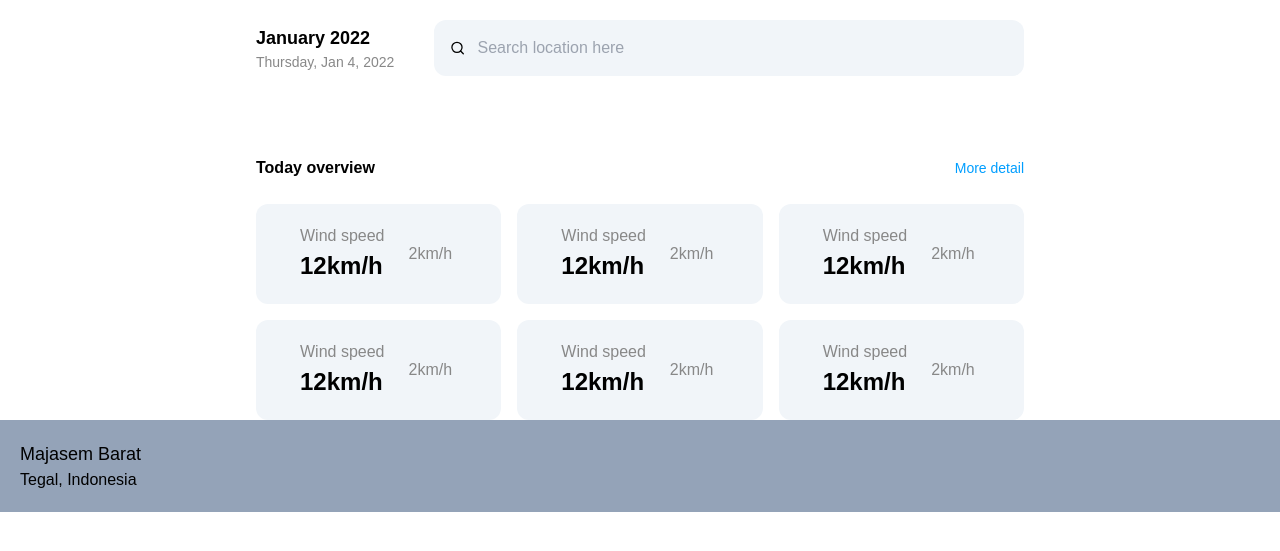
Repository: theweirdboiz/datawarehouse-ui
Page: /
An editor plug-in stored every save of this project. The page is shown before and after the next save, followed by the edit.
The browser window is 1280 px wide. The pictures show the whole page.
The project was rebuilt for these pictures with package versions that can differ from the ones it lists, and the page was loaded fresh each time. Also part of the build but not shown: vite.config.js.

Above is the page before, as saved 2022-11-23 16:36:03.

After the next save:
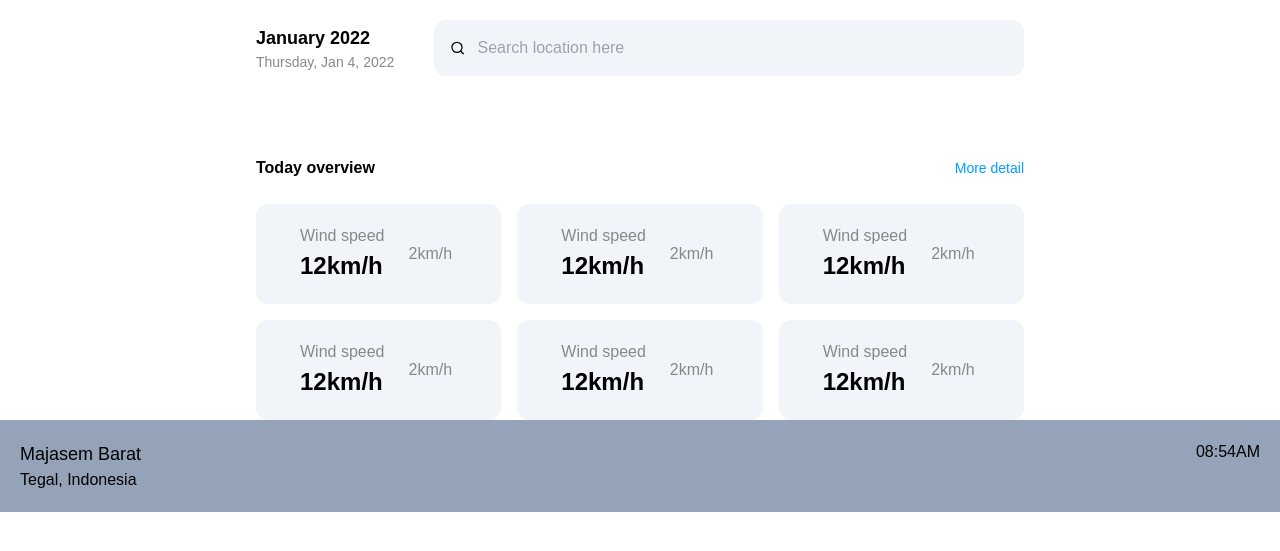
Saved 29 s later.
--- a/src/App.jsx
+++ b/src/App.jsx
@@ -92,11 +92,12 @@ function App() {
         </section>
         <section className="content__right">
           <div className="bg-slate-400 p-5">
-            <div className="">
+            <div className="flex justify-between">
               <div className="flex flex-col">
                 <h3 className="text-lg">Majasem Barat</h3>
                 <span>Tegal, Indonesia</span>
               </div>
+              <h4>08:54AM</h4>
             </div>
           </div>
         </section>
